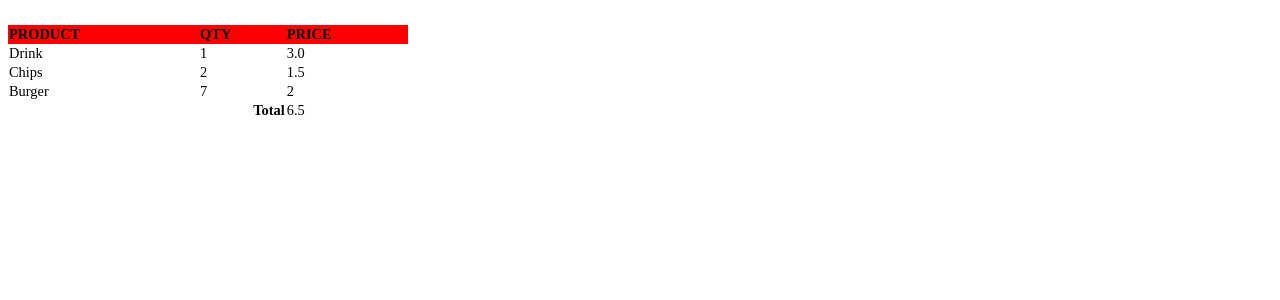
Repository: linas-dev/HTML-CSS-Projects
Page: Basic_HTML_and_CSS/HTML_Table.html
The author's editor kept a copy of each file at every save. The page is drawn from the files as they stood at one save, then again after the next save.
The browser window is 1280 px wide. The pictures show the whole page.

Above is the page before, as saved 2021-05-30 10:14:33.

After the next save:
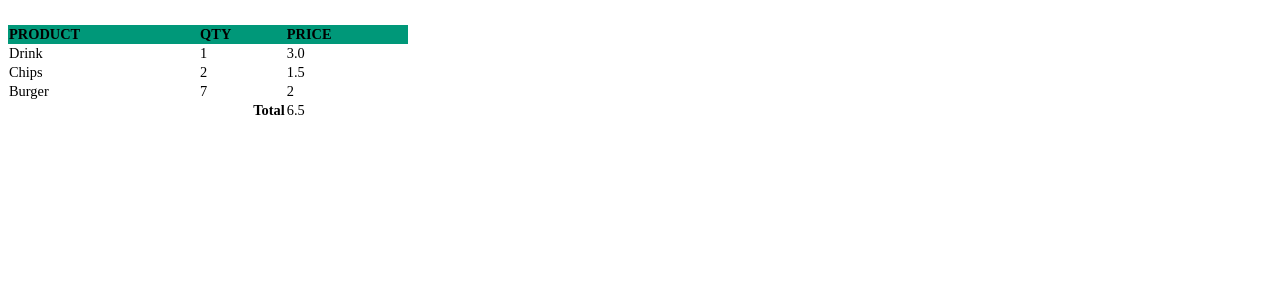
Saved 19 s later.
--- a/Basic_HTML_and_CSS/Basic_CSS_2.css
+++ b/Basic_HTML_and_CSS/Basic_CSS_2.css
@@ -13,5 +13,5 @@ p {
 }
 
 .table thead tr {
-    background-color: red;
+    background-color: #009879;
 }
